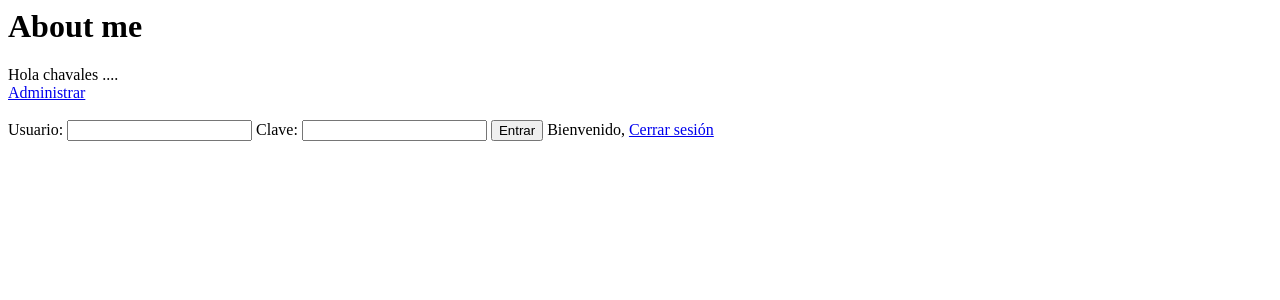
Repository: alruis/IJavaDreamBlog
Page: http://localhost/IJavaBlog/jsp/blog/enlaces.jsp
The author's editor kept a copy of each file at every save. The page is drawn from the files as they stood at one save, then again after the next save.
The browser window is 1280 px wide. The pictures show the whole page.
The page is served by Tomcat 9. Nobody is signed in. The application's start-up code is not run. Other server files are loaded and not shown.

Above is the page before, as saved 2014-09-26 13:51:29.

### IJavaBlog/WebContent/jsp/blog/enlaces.jsp
<%@ page language="java" contentType="text/html; charset=UTF-8"
    pageEncoding="UTF-8"%>
<div id="enlaces">
<div>
	<h1>About me</h1>	Hola chavales ....
</div>

	<div>
	<a href="administrar.blog"> Administrar</a>
	</div>
	</br>
	<div>
	<form action="autenticar.blog" method="post">

		<c:choose>
			<c:when test="${empty sessionScope.usuario}">
				Usuario: <input type="text" name="correo" " />
				Clave: <input type="text" name="clave" />
				<input type="submit" value="Entrar" />
			</c:when>
			<c:otherwise>
			<span style="text-align: right;">
				Bienvenido, ${sessionScope.usuario.correo }
				<a href="cerrarSesion.blog">Cerrar sesión</a>
			</span>
			</c:otherwise>
		</c:choose>

	</form>
	</div>
</div>

After the next save:
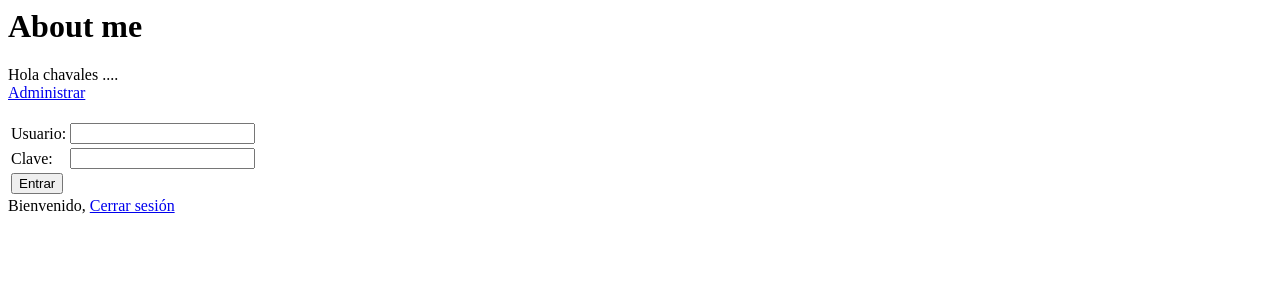
Saved 2 min 0 s later.
--- a/IJavaBlog/WebContent/jsp/blog/enlaces.jsp
+++ b/IJavaBlog/WebContent/jsp/blog/enlaces.jsp
@@ -14,9 +14,11 @@
 
 		<c:choose>
 			<c:when test="${empty sessionScope.usuario}">
-				Usuario: <input type="text" name="correo" " />
-				Clave: <input type="text" name="clave" />
-				<input type="submit" value="Entrar" />
+				<table>
+				<tr><td>Usuario:</td><td><input type="text" name="correo"  /> 	</td></tr>
+				<tr><td>Clave:</td><td> <input type="text" name="clave" /> 	</td></tr>
+				<tr><td colspan=2><input type="submit" value="Entrar" />	</td></tr>
+				</table>
 			</c:when>
 			<c:otherwise>
 			<span style="text-align: right;">
